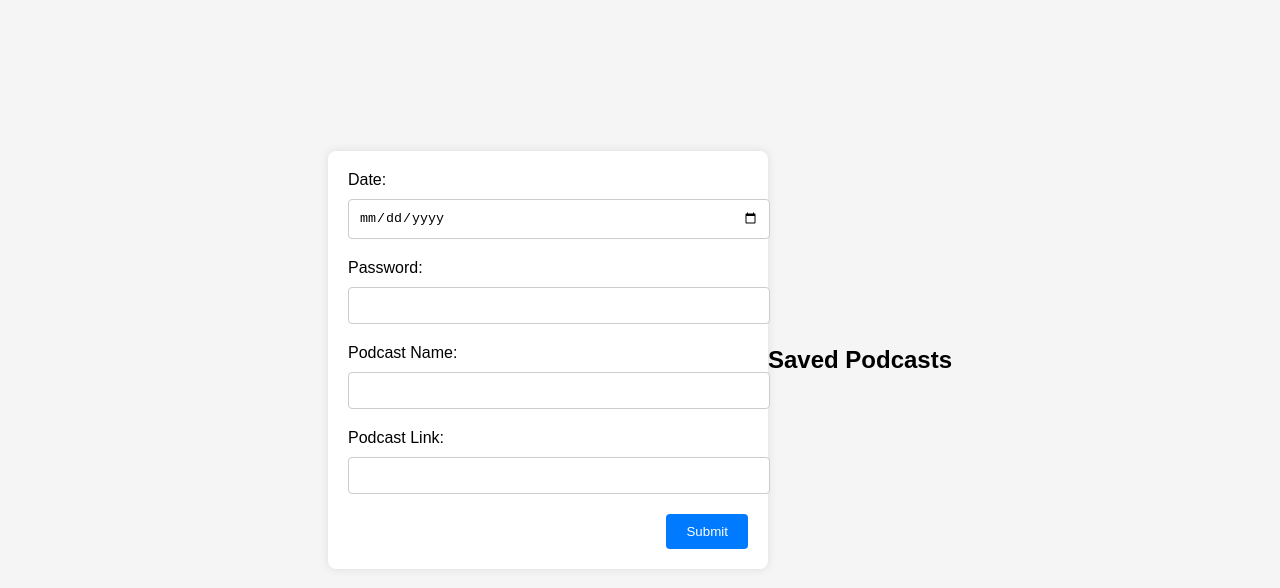
Repository: fechinmitchell/thedailyonepercent
Page: form.html
The author's editor kept a copy of each file at every save. The page is drawn from the files as they stood at one save, then again after the next save.
The browser window is 1280 px wide. The pictures show the whole page.

Above is the page before, as saved 2023-06-21 21:33:02.

### form.html
<!DOCTYPE html>
<html>
<head>
  <link rel="stylesheet" type="text/css" href="popup.css">
</head>
<body>
  <form id="podcast-form">
    <label for="date">Date:</label>
    <input type="date" id="date" name="date" required>

    <label for="password">Password:</label>
    <input type="password" id="password" name="password" required>

    <label for="podcastName">Podcast Name:</label>
    <input type="text" id="podcastName" name="podcastName" required>

    <label for="podcastLink">Podcast Link:</label>
    <input type="text" id="podcastLink" name="podcastLink" required>

    <button type="button" id="submit">Submit</button>
  </form>
  <div id="podcast-list">
    <h2>Saved Podcasts</h2>
    <ul id="podcast-list-items">
      <!-- Podcast items will be appended here -->
    </ul>
  </div>
  <script src="form.js"></script>
</body>
</html>

### popup.css
body {
  background-color: #f5f5f5;
  font-family: Arial, sans-serif;
  display: flex;
  justify-content: center;
  align-items: center;
  height: 100vh;
  margin: 0;
}

#podcast-form {
  background-color: white;
  padding: 20px;
  border-radius: 8px;
  box-shadow: 0px 0px 10px rgba(0,0,0,0.1);
  width: 400px;
}

#podcast-form label {
  display: block;
  margin-bottom: 10px;
}

#podcast-form input {
  width: 100%;
  padding: 10px;
  margin-bottom: 20px;
  border-radius: 4px;
  border: 1px solid #ccc;
}

#podcast-form button {
  float: right;
  background-color: #007BFF;
  color: white;
  border: none;
  border-radius: 4px;
  padding: 10px 20px;
  cursor: pointer;
}

#podcast-form button:hover {
  background-color: #0056b3;
}

### form.js
function loadPodcasts() {
    var podcastList = document.getElementById('podcast-list-items');
    podcastList.innerHTML = '';  // clear the list

    // load all saved podcasts from local storage
    for (var i = 0; i < localStorage.length; i++) {
      var key = localStorage.key(i);
      var podcast = JSON.parse(localStorage.getItem(key));

      var li = document.createElement('li');
      li.innerText = key + ': ' + podcast.name + ' (' + podcast.link + ')';
      podcastList.appendChild(li);
    }
  }

  document.getElementById('submit').addEventListener('click', function() {
    var password = document.getElementById('password').value;

    if (password === 'your_password_here') {
      var date = document.getElementById('date').value;
      var newPodcastName = document.getElementById('podcastName').value;
      var newPodcastLink = document.getElementById('podcastLink').value;

      // Use the date as the key instead of the current day of the month
      localStorage.setItem(date, JSON.stringify({ name: newPodcastName, link: newPodcastLink }));
      alert("Podcast info saved for " + date + "!");

      // Reload the podcast list to include the new podcast
      loadPodcasts();
    } else {
      alert("Invalid password!");
    }
  });

  // Load the saved podcasts when the page is opened
  loadPodcasts();

After the next save:
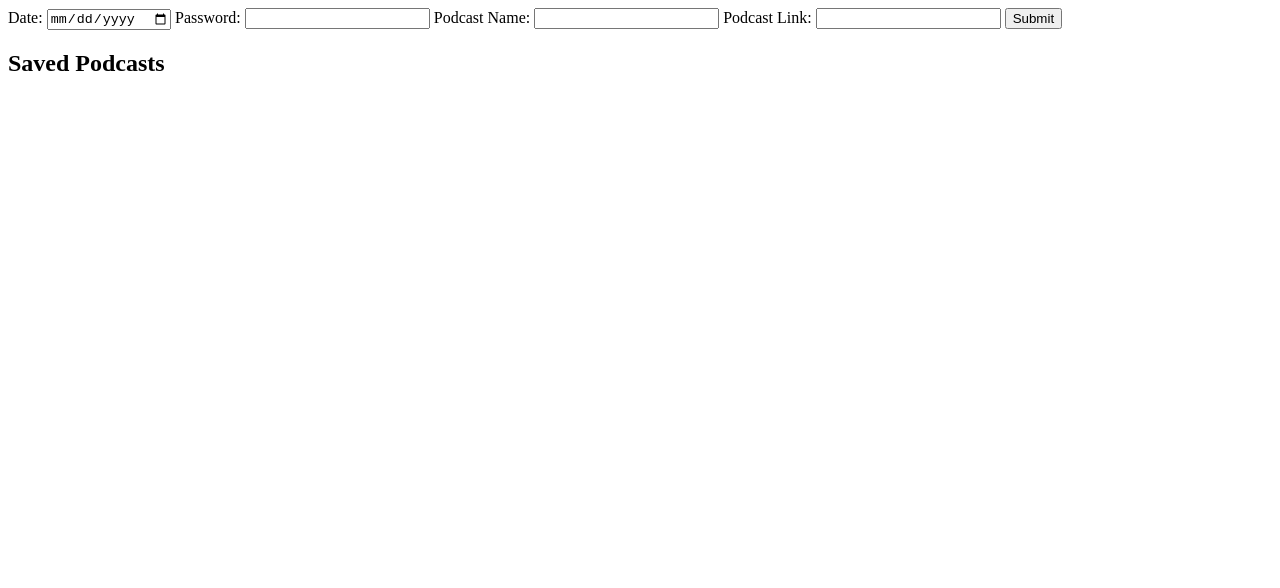
Saved 4 min 3 s later.
--- a/popup.css
+++ b/popup.css
@@ -1,44 +1,36 @@
-body {
-  background-color: #f5f5f5;
-  font-family: Arial, sans-serif;
-  display: flex;
-  justify-content: center;
-  align-items: center;
-  height: 100vh;
-  margin: 0;
+function loadPodcasts() {
+  var podcastList = document.getElementById('podcast-list-items');
+  podcastList.innerHTML = '';  // clear the list
+
+  // load all saved podcasts from local storage
+  for (var i = 0; i < localStorage.length; i++) {
+    var key = localStorage.key(i);
+    var podcast = JSON.parse(localStorage.getItem(key));
+
+    var li = document.createElement('li');
+    li.innerText = key + ': ' + podcast.name + ' (' + podcast.link + ')';
+    podcastList.appendChild(li);
+  }
 }
 
-#podcast-form {
-  background-color: white;
-  padding: 20px;
-  border-radius: 8px;
-  box-shadow: 0px 0px 10px rgba(0,0,0,0.1);
-  width: 400px;
-}
+document.getElementById('submit').addEventListener('click', function() {
+  var password = document.getElementById('password').value;
 
-#podcast-form label {
-  display: block;
-  margin-bottom: 10px;
-}
+  if (password === 'your_password_here') {
+    var date = document.getElementById('date').value;
+    var newPodcastName = document.getElementById('podcastName').value;
+    var newPodcastLink = document.getElementById('podcastLink').value;
 
-#podcast-form input {
-  width: 100%;
-  padding: 10px;
-  margin-bottom: 20px;
-  border-radius: 4px;
-  border: 1px solid #ccc;
-}
+    // Use the date as the key instead of the current day of the month
+    localStorage.setItem(date, JSON.stringify({ name: newPodcastName, link: newPodcastLink }));
+    alert("Podcast info saved for " + date + "!");
 
-#podcast-form button {
-  float: right;
-  background-color: #007BFF;
-  color: white;
-  border: none;
-  border-radius: 4px;
-  padding: 10px 20px;
-  cursor: pointer;
-}
+    // Reload the podcast list to include the new podcast
+    loadPodcasts();
+  } else {
+    alert("Invalid password!");
+  }
+});
 
-#podcast-form button:hover {
-  background-color: #0056b3;
-}
+// Load the saved podcasts when the page is opened
+loadPodcasts();
